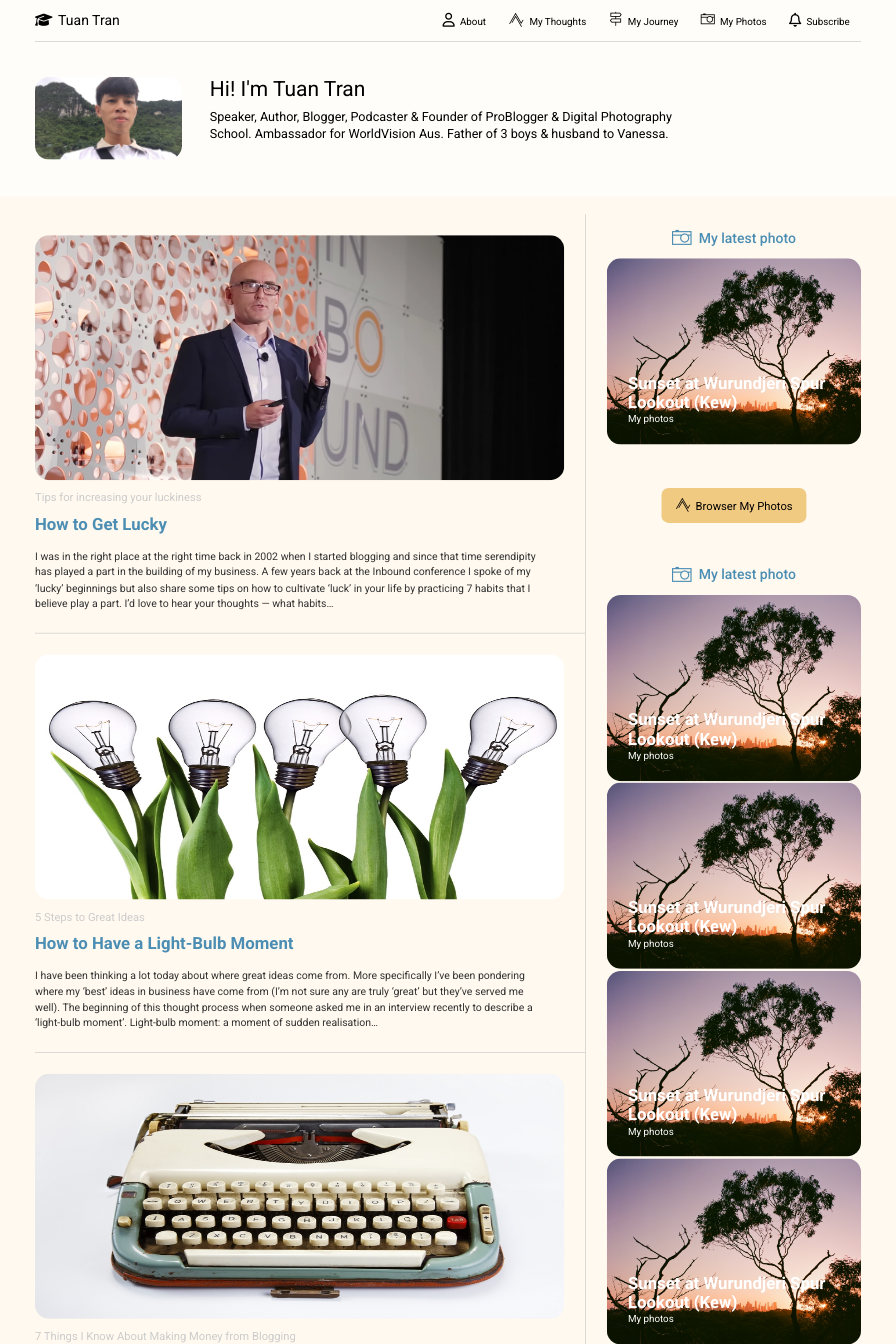
Repository: TranDinhTuann/Blog-Demo
Page: index.html
These files come from the project's save history. The page is drawn as it stood at one moment and after the next save; the edit follows.
The browser window is 1280 px wide. The pictures show the part of the page from y = 0 to 1920 px (the page is 2860 px tall), at 70% of full size.

Above is the page before, as saved 2023-03-22 21:30:52.

After the next save:
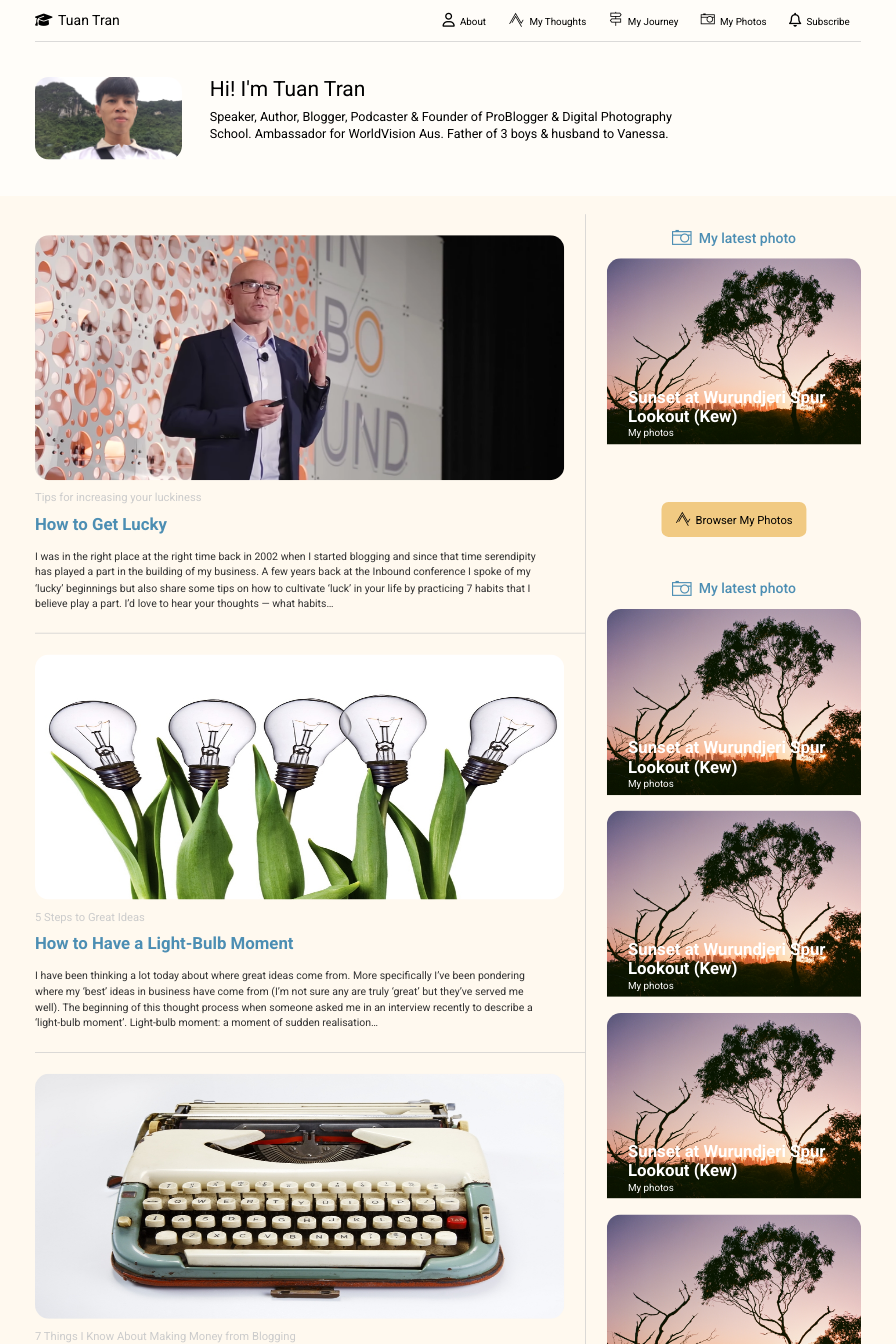
Saved 90 s later.
--- a/assets/css/main.css
+++ b/assets/css/main.css
@@ -196,7 +196,9 @@
     font-size: 14px;
     line-height: 18px;
 }
-
+.img-nature{
+    padding-bottom: 20px;
+}
 
 /* footer */
 .footer{
